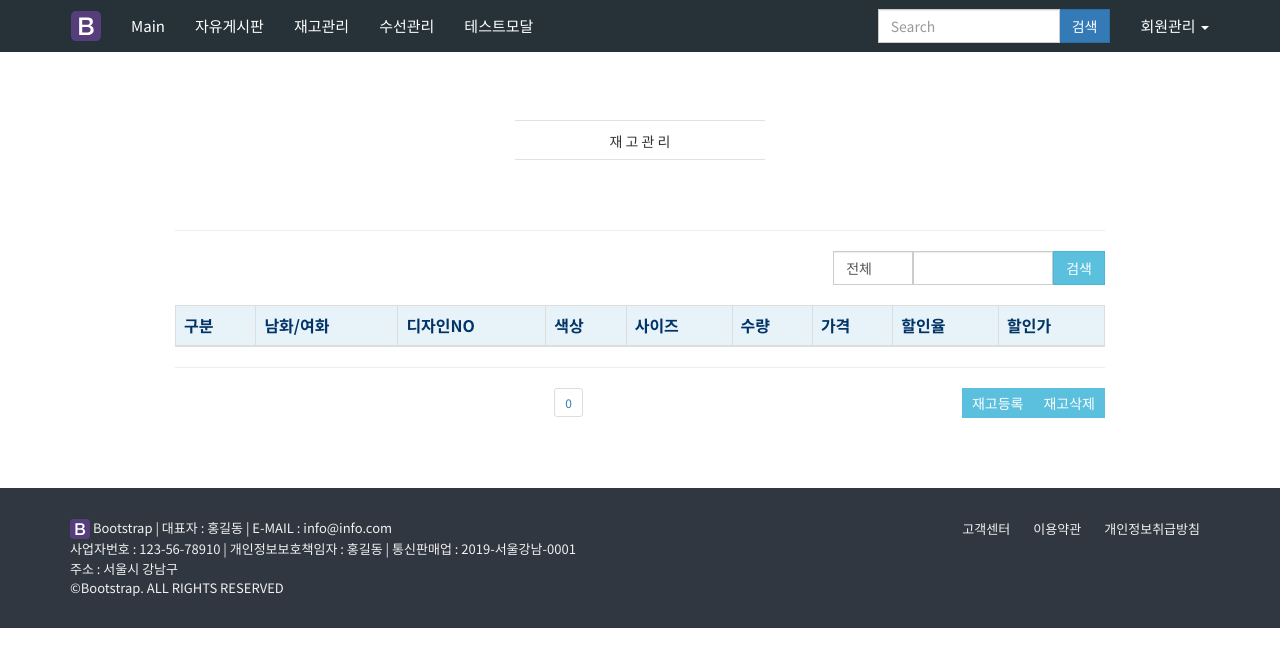
Repository: RattenLegs/Project_Inventory
Page: http://localhost/Project_Inventory/WEB-INF/views/inventoryboard/inventoryList.jsp
These files come from the project's save history. The page is drawn as it stood at one moment and after the next save; the edit follows.
The browser window is 1280 px wide. The pictures show the whole page.
Some web libraries are served in a nearby version. The page is served by Tomcat 9. Nobody is signed in. Other server files are loaded and not shown. The template is opened directly, without the code that normally fills it, so the values that code supplies are empty.

Above is the page before, as saved 2023-02-27 12:38:17.
Console error: TypeError: Cannot read properties of null (reading 'addEventListener')

### Project_Inventory/src/main/webapp/WEB-INF/views/inventoryboard/inventoryList.jsp
<%@ taglib uri="http://java.sun.com/jsp/jstl/core" prefix="c"%>
<%@ taglib uri="http://java.sun.com/jsp/jstl/fmt" prefix="fmt"%>
<%@ page language="java" contentType="text/html; charset=UTF-8"
	pageEncoding="UTF-8"%>
<html>
<head>
<%@ include file="../../views/include/header.jsp"%>
<title>재고관리 시스템입니다.</title>

</head>
<body>
	<section>
		<div class="container-fluid">
			<div class="row">
				<!--lg에서 9그리드, xs에서 전체그리드-->
				<div class="col-lg-9 col-xs-12 board-table">
					<div class="titlebox">
						<p>재 고 관 리</p>
					</div>
					<hr>

					<div>

						<%@ include
							file="../../views/inventoryboard/inventorySearchForm.jsp"%></div>

					<table class="table table-bordered">
						<thead>
							<tr>
								<th>구분</th>
								<th>남화/여화</th>
								<th>디자인NO</th>
								<th>색상</th>
								<th>사이즈</th>
								<th>수량</th>
								<th>가격</th>
								<th>할인율</th>
								<th>할인가</th>
							</tr>
						</thead>

						<tbody>
							<c:forEach var="vo" items="${boardList}">
								<tr>
									<td>${vo.bno}</td>
									<td><a
										href="<c:url value='/freeboard/freeDetail/${vo.bno}${pc.makeURI(pc.paging.pageNum)}' />">${vo.title}</a>
										&nbsp;&nbsp;&nbsp; <c:if test="${vo.newMark}">
											<img alt="newMark" src="<c:url value='/img/icon_new.gif' />">
										</c:if></td>
									<td>${vo.writer}</td>
									<td><fmt:formatDate value="${vo.regDate}"
											pattern="yyyy-MM-dd HH:mm" /></td>
									<td><fmt:formatDate value="${vo.updateDate}"
											pattern="yyyy-MM-dd HH:mm" /></td>
								</tr>
							</c:forEach>
						</tbody>

<!-- 						<tfoot>
						</tfoot> -->

					</table>

					<!-- 					<select class="form-select" size="1"
						aria-label="size 1 select example">
						<option selected>Open this select menu</option>
						<option value="1">One</option>
						<option value="2">Two</option>
						<option value="3">Three</option>
					</select> -->

					<!-- <input type="checkbox"> -->
					<%@ include file="../../views/inventoryboard/addInventoryForm.jsp"%>

					<%@ include
						file="../../views/inventoryboard/inventoryModalForm.jsp"%>
				</div>
			</div>
		</div>
	</section>
	<%@ include file="../../views/include/footer.jsp"%>
</body>
<script
	src="${pageContext.request.contextPath}/resources/modal/modal.js"></script>
</html>

### Project_Inventory/src/main/webapp/WEB-INF/views/include/header.jsp
<%@ page language="java" contentType="text/html; charset=UTF-8"
	pageEncoding="UTF-8"%>
<%@ taglib uri="http://java.sun.com/jsp/jstl/core" prefix="c"%>

<!DOCTYPE html>
<html>
<head>

<meta charset="utf-8">
<meta http-equiv="X-UA-Compatible" content="IE=edge">
<meta name="viewport" content="width=device-width, initial-scale=1">

<!--
		${pageContext.request.contextPath} == <c:url value='' />
	 -->

<link
	href="${pageContext.request.contextPath}/resources/css/bootstrap.css"
	rel="stylesheet">
<script
	src="https://ajax.googleapis.com/ajax/libs/jquery/1.11.2/jquery.min.js"></script>
<!--개인 디자인 추가-->
<link href="${pageContext.request.contextPath}/resources/css/style.css"
	rel="stylesheet">
<script
	src="${pageContext.request.contextPath}/resources/js/bootstrap.js"></script>
</head>


<body>
	<header>
		<div class="container-fluid">
			<div class="row">
				<div class="container">
					<div class="navbar">
						<div class="navbar-header">
							<!--data-toggle 같은 것들은 내부적으로 지원하는 반응형 API기능이므로 지우면 안됩니다-->
							<button type="button" class="navbar-toggle"
								data-toggle="collapse" data-target="#myNavbar">
								<span class="icon-bar"></span> <span class="icon-bar"></span> <span
									class="icon-bar"></span>
							</button>
							<a class="navbar-brand" href="#"><img width="30"
								src="${pageContext.request.contextPath }/resources/img/logo.svg"
								alt="Brand"></a>
						</div>


						<div class="collapse navbar-collapse" id="myNavbar">
							<ul class="nav navbar-nav">
								<li class="active"><a href="<c:url value='/' />">Main</a></li>
								<li><a href="<c:url value='/freeboard/freeList' />">자유게시판</a></li>
								<li><a
									href="<c:url value='/inventoryboard/inventoryList' />">재고관리</a></li>
								<li><a href="<c:url value='/repairboard/repairList' />">수선관리</a></li>
								<li><a href="<c:url value='/testModal/testModalMain' />">테스트모달</a></li>
								<!--
				<li><a href="#">강의</a></li>
                                <li><a href="#">Form</a></li>
                                <li><a href="#">Board</a></li>
 				-->

							</ul>
							<ul class="nav navbar-nav navbar-right">
								<li class="dropdown"><a class="dropdown-toggle"
									data-toggle="dropdown" href="#">회원관리 <span class="caret"></span></a>
									<ul class="dropdown-menu">
										<li><a href="<c:url value='/user/userLogin' />"><span
												class="glyphicon glyphicon-log-in"></span>Login</a></li>
										<li><a href="<c:url value='/user/userJoin' />"><span
												class="glyphicon glyphicon-user"></span>회원가입</a></li>
										<!--                                         <li><a href="#"><span class="glyphicon glyphicon-user"></span>MyPage</a></li> -->
										<li><a href="#"><span
												class="glyphicon glyphicon-log-out"></span>Logout</a></li>
									</ul></li>
							</ul>

							<form class="navbar-form navbar-right" action="">
								<div class="input-group">
									<input type="text" class="form-control" placeholder="Search">
									<div class="input-group-btn">

										<button class="btn btn-primary" type="submit">검색</button>
									</div>
								</div>
							</form>
						</div>
					</div>
				</div>
			</div>
		</div>
	</header>

### Project_Inventory/src/main/webapp/WEB-INF/views/inventoryboard/inventorySearchForm.jsp
<%@ page language="java" contentType="text/html; charset=UTF-8"
	pageEncoding="UTF-8"%>


<!-- form을 가져온다 -->
<form action="<c:url value='/inventoryboard/inventoryList' />">
	<div class="search-wrap">
		<button type="submit" class="btn btn-info search-btn">검색</button>
		<input type="text" name="keyword" class="form-control search-input" value="${pc.paging.keyword}">
		<select class="form-control search-select" name="condition">
			<option value="all"
				${pc.paging.condition == 'title' ? 'selected' : ''}>전체</option>
			<option value="title"
				${pc.paging.condition == 'title' ? 'selected' : ''}>남화/여화</option>
			<option value="content"
				${pc.paging.condition == 'content' ? 'selected' : ''}>디자인NO</option>
			<option value="writer"
				${pc.paging.condition == 'writer' ? 'selected' : ''}>색상</option>
			<option value="titleContent"
				${pc.paging.condition == 'titleContent' ? 'selected' : ''}>사이즈</option>
			<option value="titleContent"
				${pc.paging.condition == 'titleContent' ? 'selected' : ''}>수량</option>
			<option value="titleContent"
				${pc.paging.condition == 'titleContent' ? 'selected' : ''}>세일가</option>
		</select>
	</div>
</form>

### Project_Inventory/src/main/webapp/WEB-INF/views/inventoryboard/addInventoryForm.jsp
<%@ taglib uri="http://java.sun.com/jsp/jstl/core" prefix="c"%>
<%@ taglib uri="http://java.sun.com/jsp/jstl/fmt" prefix="fmt"%>
<%@ page language="java" contentType="text/html; charset=UTF-8"
	pageEncoding="UTF-8"%>

<!--페이지 네이션을 가져옴-->
<form action="<c:url value='/inventoryboard/inventoryList' />"
	name="pageForm">
	<div class="text-center">
		<hr>
		<ul id="pagination" class="pagination pagination-sm">
			<c:if test="${pc.prev}">
				<li><a href="#" data-pagenum="${pc.beginPage-1}">이전</a></li>
			</c:if>

			<c:forEach var="num" begin="${pc.beginPage}" end="${pc.endPage}">
				<li class="${pc.paging.pageNum == num ? 'active' : ''}"><a
					href="#" data-pagenum="${num}">${num}</a></li>
			</c:forEach>

			<c:if test="${pc.next}">
				<li><a href="#" data-pagenum="${pc.endPage+1}">다음</a></li>
			</c:if>
		</ul>
		<button type="button" class="btn btn-info">재고삭제</button>
<!-- 모달 오픈 -->
<button type="button" class="btn btn-info" data-toggle="modal" data-target="#exampleModal">
  재고등록
</button>
	</div>

<!-- Button trigger modal -->
<!-- <button type="button" class="btn btn-primary" data-toggle="modal" data-target="#exampleModal">
  Launch demo modal
</button> -->


	<!-- 페이지 관련 버튼(이전, 다음, 페이지번호)을 클릭 시 같이 숨겨서 보내줄 공통 값  -->
	<input type="hidden" name="pageNum" value="${pc.paging.pageNum}">
	<input type="hidden" name="cpp" value="${pc.paging.cpp}"> <input
		type="hidden" name="condition" value="${pc.paging.condition}">
	<input type="hidden" name="keyword" value="${pc.paging.keyword}">
</form>

### Project_Inventory/src/main/webapp/WEB-INF/views/inventoryboard/inventoryModalForm.jsp
<%@ page language="java" contentType="text/html; charset=UTF-8"
	pageEncoding="UTF-8"%>

<!-- Modal -->
<div class="modal fade" id="exampleModal" tabindex="-1" role="dialog"
	aria-labelledby="exampleModalLabel" aria-hidden="true">
	<div class="modal-dialog" role="document">
		<div class="modal-content">
			<div class="modal-header">
				<h5 class="modal-title" id="exampleModalLabel">재고등록</h5>
				<button type="button" class="close" data-dismiss="modal"
					aria-label="Close">
					<span aria-hidden="true">&times;</span>
				</button>
			</div>
			<div class="modal-body">
				<form action="/inventoryboard/addInventoryCheck" method="post">
					<table class="table table-hover">
						<tbody class="t-control">
							<tr>
								<td class="t-title">남화/여화</td>
								<td><select>
										<option selected></option>
										<option value="man">남화</option>
										<option value="woman">여화</option>
								</select></td>
							</tr>
							<tr>
								<td class="t-title">디자인NO</td>
								<td><input class="form-control input-sm" name="design"></td>
							</tr>
							<tr>
								<td class="t-title">색상</td>
								<td><input class="form-control input-sm" name="color"></td>
							</tr>
							<tr>
								<td class="t-title">사이즈</td>
								<td><input class="form-control input-sm" name="size"></td>
							</tr>
							<tr>
								<td class="t-title">수량</td>
								<td><input class="form-control input-sm" name="num"></td>
							</tr>
							<tr>
								<td class="t-title">가격</td>
								<td><input class="form-control input-sm" name="price"></td>
							</tr>
							<tr>
								<td class="t-title">할인율</td>
								<td><input class="form-control input-sm" name="salePercent"></td>
							</tr>
							<tr>
								<td class="t-title">할인가</td>
								<td><input class="form-control input-sm" name="sale"></td>
							</tr>

							<!-- 							<tr>
								<td class="t-title">CONTENT</td>
								<td><textarea class="form-control" rows="7" name="content"></textarea>
								</td>
							</tr> -->
						</tbody>
					</table>
				</form>
			</div>
			<div class="modal-footer">
				<button type="button" class="btn btn-primary addInventorylist">재고
					등록</button>
				<button type="button" class="btn btn-secondary" data-dismiss="modal">모달
					닫기</button>

			</div>
		</div>
	</div>
</div>

<!-- <div class="form-check">
										<input class="form-check-input" type="radio"
											name="flexRadioDefault" id="flexRadioDefault1"
											name="shoeGender"> <label class="form-check-label"
											for="flexRadioDefault1"> 남화 </label>
									</div>
									<div class="form-check">
										<input class="form-check-input" type="radio"
											name="flexRadioDefault" id="flexRadioDefault1"
											name="shoeGender"> <label class="form-check-label"
											for="flexRadioDefault1"> 여화 </label>
									</div> -->

### Project_Inventory/src/main/webapp/WEB-INF/views/include/footer.jsp
<%@ page language="java" contentType="text/html; charset=UTF-8"
    pageEncoding="UTF-8"%>
    <footer>
        <div class="container">
            <div class="row">
                <div class="col-md-7 col-sm-12">
                    <div class="copyright">
                        <a href="">
                            <img width="20" src="${pageContext.request.contextPath }/resources/img/logo.svg" alt="Brand">
                        </a>
                        Bootstrap | 대표자 : 홍길동 | E-MAIL : info&#64;info.com<br>
                        사업자번호 : 123-56-78910 | 개인정보보호책임자 : 홍길동 | 통신판매업 : 2019-서울강남-0001<br>
                        주소 : 서울시 강남구
                        <address>&copy;Bootstrap. ALL RIGHTS RESERVED</address>
                    </div>
                </div>
                <div class="col-md-5 col-sm-12 text-right">
                    <ul class="footer-menu">
                        <li><a href="#">고객센터</a></li>
                        <li><a href="#">이용약관</a></li>
                        <li><a href="#">개인정보취급방침</a></li>
                    </ul>
                </div>
            </div>
        </div>
    </footer>
    <!-- //footer -->

### Project_Inventory/src/main/webapp/resources/css/style.css
/*=========웹폰트 선언=========*/
@import
	url('https://fonts.googleapis.com/css?family=Noto+Sans+KR&display=swap')
	;
/*===========================*/

/*디자인 시작시 기본 선언*/
* { /* 기본선언: 마딩, 패딩 0, 요소크기에 padding, border값을 포함 x*/
	padding: 0;
	margin: 0;
	box-sizing: border-box;
}

body, html {
	width: 100%;
	min-width: 320px;
	font-family: 'Noto Sans KR', sans-serif; /*웹폰트 사용*/
}

img {
	max-width: 100%; /*사이즈가 변해도 넓이를 유지 */
	height: auto; /*사이즈가 변해도 높이를 유지 */
	/*vertical-align: top;*/
}

input, textarea, button, select {
	/*고유하게 적용되어있는 form관련 요소들을 제거해서 여러브라우저에서 동일한디자인을 얻게함*/
	-webkit-appearance: none;
	-moz-appearance: none;
	appearance: none;
	border: none
}

ul, ol, dl, li {
	list-style: none /*순서 요소들이 리스트스타일을 업앤다 */
}

.btn {
	border-radius: 0px;
}

/*=========헤더=========*/
.carousel-control.right, .carousel-control.left {
	background-image: linear-gradient(to right, rgba(0, 0, 0, .0001) 0%,
		rgba(0, 0, 0, 0) 100%)
}
header {
	position: fixed;
	left: 0;
	top: 0;
	width: 100%;
	z-index: 50; /*position을 이용하면 요소가 겹쳐질 수 있다. 숫자가 제일 높은값이 위로 떠오른다*/
}
header {
	background: #263238;
}

section {
	margin-top: 50px;
}

/*header 의 모든 컨테이너 클래스에 적용함 */
header .container {
	padding: 0;
}
/*navbar의 margin: 0으로 */
.navbar {
	margin-bottom: 0px;
}
/*이미지 위치 조정 */
.navbar-brand {
	padding: 10px 15px;
}
/*nav의 a변경*/
.nav>li>a {
	font-size: 15px;
	color: white;
}
/*na의 a 호버시 기능 변경 */
.nav>li>a:hover, .nav>li>a:focus {
	background-color: #304047;
}

/* 토글메뉴 윤곽색 변경 */
.navbar-toggle {
	border-color: white;
}

.navbar-toggle>.icon-bar {
	background-color: white;
}
/*개발자도구에서 확인후 색깔변경*/
.nav .open>a:focus {
	background-color: #304047;
}
/*부트스트랩의 드롭다운시 a태그 색상변경  */
.dropdown-menu>li>a {
	color: #f5f5f5;
}
/*======슬라이더=======*/
.slide-list {
	padding: 0;
}
/* ===================================
    Footer style
====================================== */
footer {
	margin-top: 70px;
	background-color: #303740;
	padding: 30px 0;
}

footer .copyright {
	font-size: 13px;
	line-height: 20px;
	color: #f1f1f1;
}

footer .copyright address {
	margin-bottom: 0;
}

footer .footer-menu li {
	display: inline-block;
	padding: 0 10px;
}

footer .footer-menu li a {
	display: block;
	color: #f1f1f1;
	font-size: 13px;
}

/*===========본문=========== */
/*섹션전체에 패딩 추가*/
section {
	/*위 60px 나머지 0 */

}

.prod-list, .prod-link {
	border: 1px solid #ddd; /*윤곽 1, 한줄, 색상 */
	display: block; /* 블락요소로 변경 반드시 필요 */
	text-align: center; /*이미지 가운데 정렬*/
	/* position: relative;*/
}
/*기본 부트설정은 좌우 15px임 -> col에 대해 전부 5px로 바꿔버린다*/
.prod-list, .prod-list>li[class*="col-"] {
	padding: 5px;
}

/*호버기능 추가*/
.prod-link:hover {
	border-color: #4285F4;
}

.prod-link>.arrow {
	display: block; /*span은 인라인 요소입니다 인라인요소는 position속성을 사용할수 없습니다*/
	position: absolute;
	/*원래 위치에서 따로 띠어내어 부모위치로 조정한다 width, heigth를 필수로 지정해야한다*/
	left: 15px; /*좌우 위치조정 left, right 중 한개만쓴다*/
	bottom: 15px; /*위아래 위치조정 top, bottom 중한개만 쓴다 */
	width: 36px; /* 넓이값 조정 */
	height: 36px; /* 높이값 조정*/
	line-height: 36px; /*텍스트가 위치에 맞게 높이와 동일하게 설정 */
	background-color: #ccc;
	color: #fff;
	opacity: 1; /*투명도*/
}
/* .hover클래스의 넓이 색상 투명도*/
.prod-link>.hover {
	width: 100px;
	background-color: #4285F4;
	opacity: 0;
}
/*link호버시 arrow클래스를 투명도 0*/
.prod-link:hover>.arrow {
	opacity: 0;
}
/*link호버시 hover클래스를 투명도 1*/
.prod-link:hover>.hover {
	opacity: 1;
}

/*========회원가입 폼 디자인=========*/
/*제목박스(계속사용) */
.titlebox {
	width: 250px;
	text-align: center;
	height: 40px;
	line-height: 40px;
	margin: 70px auto;
	border-top: 1px solid #E1E1E1;
	border-bottom: 1px solid #E1E1E1;
}

.join-form {
	margin: 0 auto;
	/*가운대 정렬방법 하지만 적용되지 않는다. 이유는 col클래스들이 float:left를 들고 있기 때문*/
	float: none; /*플롯을 해제한다. 가운대정렬이 들어간다*/
}
/*조인폼클래스의 form태그의 접근 */
.join-form form {
	border-radius: 8px; /*윤곽 8*/
	padding: 15px; /*모든 패딩 15*/
	/*박스 쉐도우: 그림자가 가로로떨어진간격, 세로로떨어진 간격, 흐릿정도, 그림자색상*/
	box-shadow: 0px 8px 16px rgba(0, 0, 0, 0.15)
}

.input-group-addon {
	padding: 0;
	border: none; /*윤곽 모두 0*/
	border-radius: 0;
}
/*폼컨트롤, 인풋그룹 내부에 모든 버튼 라디우스 0 */
.form-control, .form-group .btn {
	border-radius: 0;
}
/*포커스시 윤곽 색 변경*/
.form-control:focus {
	border-color: #555;
}
/* 핸드폰폼 디자인 */
.input-group .phone1 {
	width: 33.3333%;
}

.input-group .phone2 {
	width: 66.6666%;
}
/*이메일폼 디자인 */
.email-form {
	box-sizing: border-box;
	overflow: hidden;
}

.email-form input {
	width: 33.33%;
	float: left;
}

.email-form select {
	width: 66.66%;
	float: left;
}
/*=========로그인 디자인==========*/
.login-form {
	margin: 0 auto;
	float: none;
}

.login-form form {
	border-radius: 8px; /*윤곽 8*/
	padding: 70px 120px; /*위아래, 좌우*/
	/*박스 쉐도우: 그림자가 가로로떨어진간격, 세로로떨어진 간격, 흐릿정도, 그림자색상*/
	box-shadow: 0px 8px 16px rgba(0, 0, 0, 0.15);
	margin-bottom: 174px; /*화면에 딱맞게 밀어준다*/
}

/*========회원정보 디자인=========*/
.m-control .m-title {
	min-width: 100px; /*화면줄었을때 최소크기*/
	vertical-align: middle; /*가운대 정렬*/
}

.m-control .form-control {
	width: 200px;
	display: inline; /*인라인요소로 변경한다*/
}
/*개발자 도구에서 input-sm의 정렬을 푼다*/
.m-control .input-sm {
	height: auto;
	line-height: normal;
}
/*sel의 크기만 지정*/
.m-control  .sel {
	width: 80px;
}

.m-control .add {
	width: 400px;
}

.titlefoot {
	text-align: center; /*인라인의 텍스트정렬 가운데*/
	margin: 30px auto; /*박스의 가운데정렬*/
	width: 50%; /*크기 50%*/
}

/*==========자게 디자인==========*/
.titlebox {
	width: 250px;
	text-align: center;
	height: 40px;
	line-height: 40px;
	margin: 70px auto;
	border-top: 1px solid #E1E1E1;
	border-bottom: 1px solid #E1E1E1;
}
/*자게 그리드*/
.board-table {
	float: none; /*col의 플로팅 해제 */
	margin: 0 auto;
}
/*---검색버튼--- */
.search-wrap {
	overflow: hidden; /*부모요소에 히든 */
	margin-bottom: 20px;
}

.search-btn, .search-input, .search-select {
	float: right; /*우측 플로팅 */
}

.search-input {
	width: 140px;
}

.search-select {
	width: 80px;
}

/*제목에 클래스를 줘서 강제로 크기 고정*/
.board-title {
	width: 300px;
}
/*th의 순차적 접근 색상변경 */
.table-bordered>thead>tr>th {
	background-color: #E7F2F9;
	color: #003366;
}

/*테이블 안에 a태그에 순차적 접근 */
.table-bordered>tbody>tr>td>a, .table-bordered>tbody>tr>td>a:hover {
	color: black;
}

.pagination {
	margin: 0; /*페이지 네이션의 기본 마진 0*/
}

.text-center .btn {
	float: right; /*오른쪽으로 쌓아서 우측정렬 시킨다*/
	border: 0; /*border스타일 해제*/
	border-radius: 0; /*윤곽 0*/
	padding: 5px 10px; /*버튼 패딩을 페이지네이션과 맞춘다*/
}

/*==========자게 글쓰기==========*/
.titlebox {
	width: 250px;
	text-align: center;
	height: 40px;
	line-height: 40px;
	margin: 70px auto;
	border-top: 1px solid #E1E1E1;
	border-bottom: 1px solid #E1E1E1;
}

.t-control .t-title {
	width: 100px;
	min-width: 100px; /*화면줄었을때 최소크기*/
	vertical-align: middle; /*테이블에서 세로 가운대정렬*/
}

/*input 요소의 넓이만 선택*/
.t-control input {
	width: 200px;
	display: inline; /*인라인요소로 변경한다*/
}

/*개발자 도구에서 input-sm의 정렬을 푼다*/
.t-control .input-sm {
	height: auto;
	line-height: normal;
}
/*td의 아래만 밑줄*/
.t-control td {
	border-bottom: 1px solid #E1E1E1;
}

.titlefoot {
	text-align: center;
	margin: 30px auto; /*박스의 가운데정렬*/
	width: 50%; /*크기 50%*/
}
/*==========자게 상세보기==========*/
.write-wrap {
	margin: 0 auto;
	/*가운대 정렬방법 하지만 적용되지 않는다. 이유는 col클래스들이 float:left를 들고 있기 때문*/
	float: none; /*플롯을 해제한다. 가운대정렬이 들어간다*/
}
/*=======댓글========*/
.reply-wrap {
	background-color: #f5f5f5;
	padding: 15px;
	border: 1px solid #ddd;
	position: relative; /*부모에 relative*/
}

.reply-wrap .reply-image {
	position: absolute; /*자식에서 absolute로 부모요소 위치로 조정*/
	left: 15px;
	top: 15px;
}

.reply-wrap .reply-content {
	padding-left: 60px;
}
/*부트스트랩의 form-control 조정 */
.reply-content>.form-control {
	resize: vertical; /*세로로만 조정가능*/
	width: 100%; /*최대 100%*/
	min-height: 80px; /*최대 넓이*/
	margin-bottom: 10px;
}

.reply-input>.form-control {
	width: 200px;
	margin-bottom: 5px;
}

.reply-group {
	overflow: hidden;
}

.reply-input {
	float: left;
}

.reply-group .right {
	float: right;
}

/*댓글 영역*/
.reply-group small {
	margin-left: 10px;
	height: 20px;
	line-height: 20px;
}

.reply-group small, .reply-group strong {
	float: left;
}

.reply-group a {
	text-decoration: none;
	color: #777;
	float: right;
}
/*댓글창 포커스시 서서히 보이기 */
.reply-content textarea {
	height: 50px;
	transition: height .4s ease-in-out;
}

.reply-content textarea:focus {
	height: 150px;
}
/*==========토글탭 mypage==========*/
.tabs-style {
	background-color: #607D8B;
}
/*탭버튼 아래 마진 50*/
.tabs-style {
	margin-bottom: 50px;
}

.tabs-style>li {
	margin-bottom: 0;
}

.tabs-style li a {
	background-color: #607D8B;
	border: none;
	margin: 0;
	border-radius: 0px;
}

.tabs-style li.active a, .tabs-style li.active a:hover, .tabs-style li.active a:focus
	{
	border: none;
	background-color: #56707D;
	color: #fff;
}

.myInfo {
	margin: 0 auto;
	float: none;
}

.myInfo-inner {
	margin: 0;
	float: none;
}

/*==========mypage check==========*/
.infoCheck {
	margin: 0 auto;
	float: none;
}

.infoCheck-form ul {
	width: 270px;
	margin: 0 auto;
}

.infoCheck-form li {
	position: relative;
	padding-left: 95px;
}

.infoCheck-form li .lab {
	font-size: 20px;
	position: absolute;
	top: 0;
	left: 0;
}

.infoCheck-form input {
	width: 170px;
	margin: 0;
}

.infoCheck .alert {
	margin-bottom: 50px;
	border-radius: 0;
}

.infoCheck-btn {
	width: 270px;
	margin-top: 40px;
	margin: 0 auto;
}

.infoCheck-btn button {
	margin-top: 20px;
	padding: 5px 51.5px;
}

### Project_Inventory/src/main/webapp/resources/img/logo.svg
<svg xmlns="http://www.w3.org/2000/svg" viewBox="0 0 612 612" focusable="false" role="img">
  <title>Bootstrap</title>
  <path fill="#563D7C" d="M612 510c0 56.1-45.9 102-102 102H102C45.9 612 0 566.1 0 510V102C0 45.9 45.9 0 102 0h408c56.1 0 102 45.9 102 102v408z"/>
  <path fill="#FFF" d="M166.3 133h173.5c32 0 57.7 7.3 77 22s29 36.8 29 66.5c0 18-4.4 33.4-13.2 46.2-8.8 12.8-21.4 22.8-37.8 29.8v1c22 4.7 38.7 15.1 50 31.2 11.3 16.2 17 36.4 17 60.8 0 14-2.5 27.1-7.5 39.2-5 12.2-12.8 22.7-23.5 31.5s-24.3 15.8-41 21-36.5 7.8-59.5 7.8h-164V133zm62.5 149.5h102c15 0 27.5-4.2 37.5-12.8s15-20.8 15-36.8c0-18-4.5-30.7-13.5-38s-22-11-39-11h-102v98.6zm0 156.5h110.5c19 0 33.8-4.9 44.2-14.8 10.5-9.8 15.8-23.8 15.8-41.8 0-17.7-5.2-31.2-15.8-40.8s-25.2-14.2-44.2-14.2H228.8V439z"/>
</svg>

### Project_Inventory/src/main/webapp/resources/modal/modal.js
function modalOpen() {
		document.querySelector(".background").className = "background modalOpen";
	}

	function close() {
		document.querySelector(".background").className = "background";
	}

	document.querySelector("#modalOpen").addEventListener("click", modalOpen);
	document.querySelector("#modalClose").addEventListener("click", close);

Loaded but not shown: Project_Inventory/src/main/webapp/resources/css/bootstrap.css (library); Project_Inventory/src/main/webapp/resources/js/bootstrap.js (library)

After the next save:
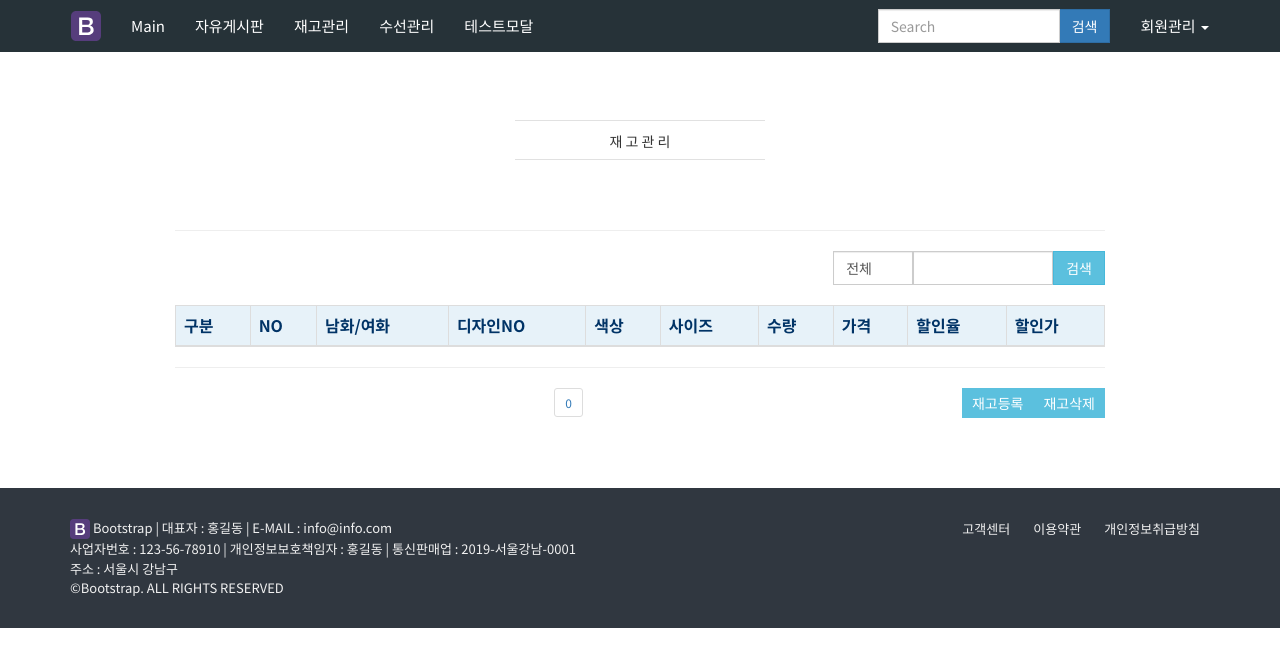
Saved 24 s later.
--- a/Project_Inventory/src/main/webapp/WEB-INF/views/inventoryboard/inventoryList.jsp
+++ b/Project_Inventory/src/main/webapp/WEB-INF/views/inventoryboard/inventoryList.jsp
@@ -28,6 +28,7 @@
 						<thead>
 							<tr>
 								<th>구분</th>
+								<th>NO</th>
 								<th>남화/여화</th>
 								<th>디자인NO</th>
 								<th>색상</th>
